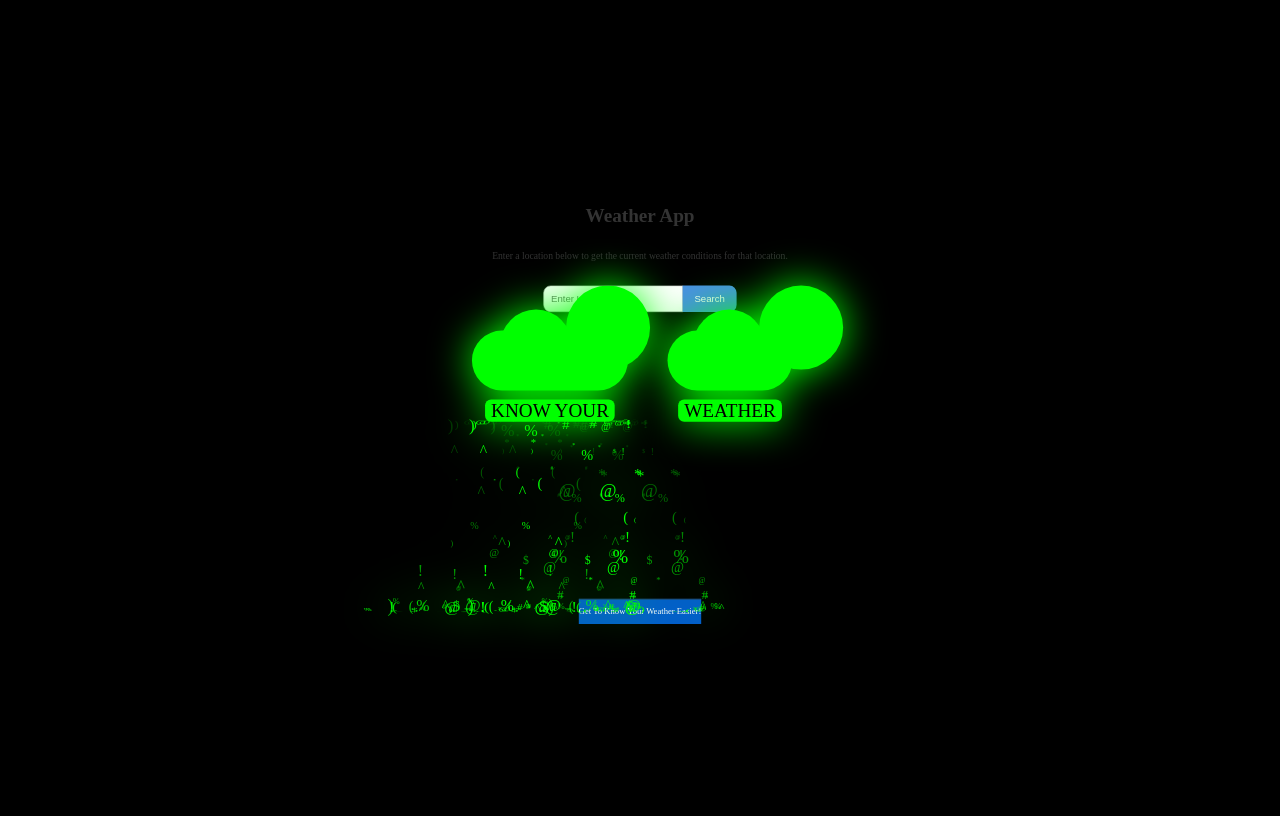
Repository: AlaaYou/Weather-App
Page: index.html
The author's editor kept a copy of each file at every save. The page is drawn from the files as they stood at one save, then again after the next save.
The browser window is 1280 px wide. The pictures show the whole page.

Above is the page before, as saved 2024-10-20 23:46:20.

After the next save:
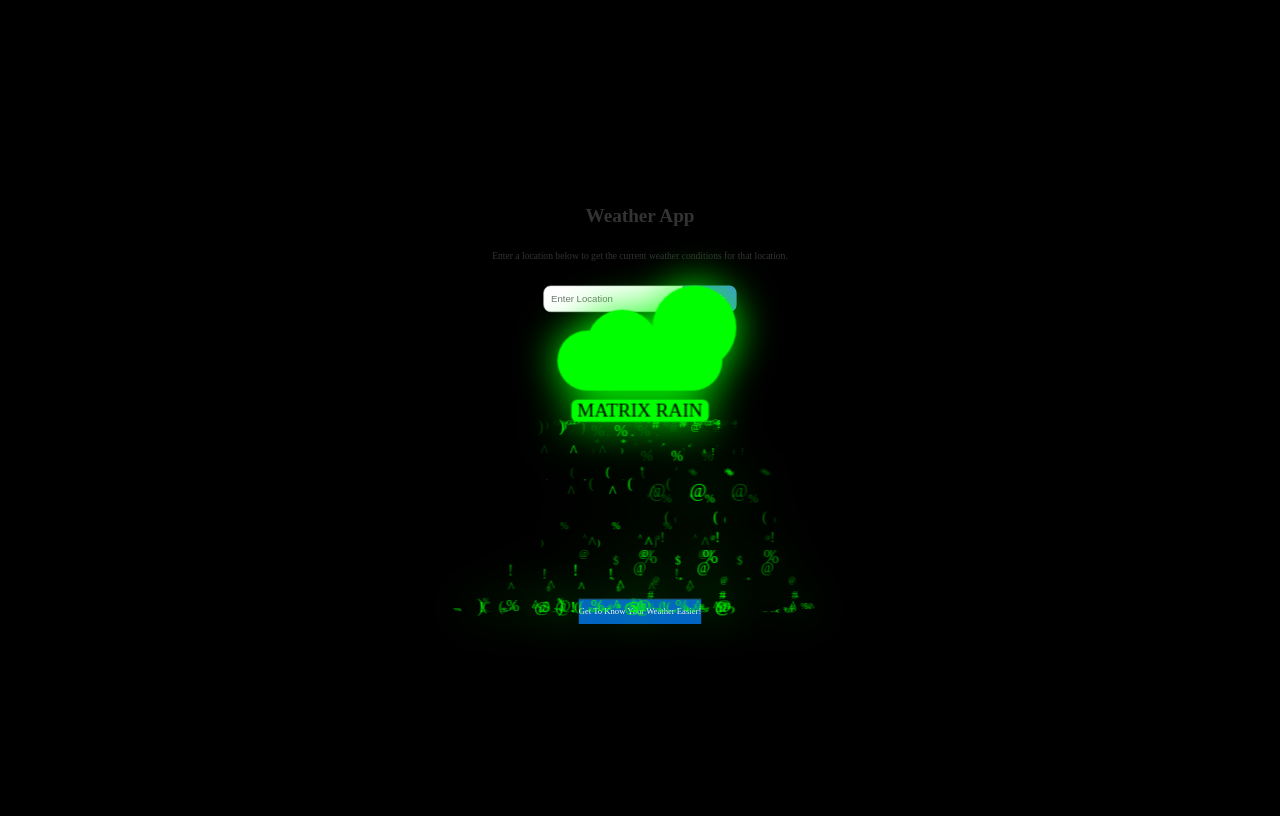
Saved 12 s later.
--- a/index.html
+++ b/index.html
@@ -44,14 +44,10 @@
         </div>
       </section>
       <div class="container">
-        <div class="cloud left-cloud">
-          <h2>Know Your</h2>
+        <div class="cloud">
+            <h2>Matrix Rain</h2>
         </div>
-        <div class="cloud right-cloud">
-          <h2>Weather</h2>
-        </div>
-      </div>
-
+    </div>
     </main>
     <!-- footer -->
     <footer>
